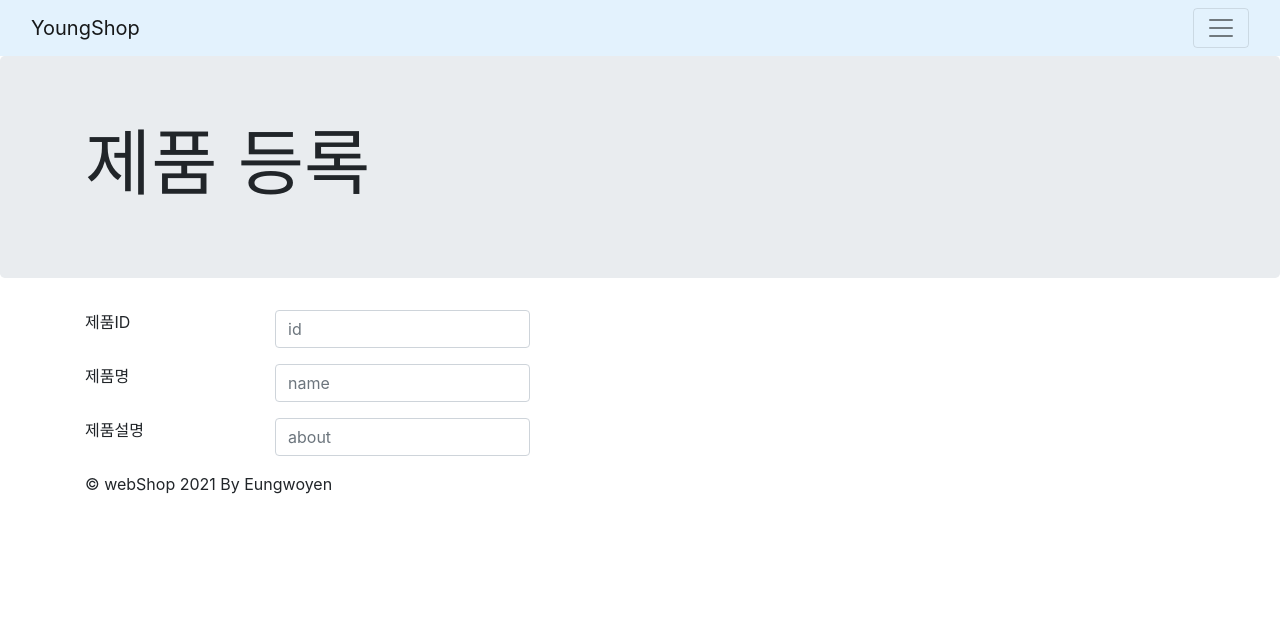
Repository: khss4008/JSP_project
Page: http://localhost/Webshop2/product/addProduct.jsp
An editor plug-in stored every save of this project. The page is shown before and after a run of saves, followed by the edit.
The browser window is 1280 px wide. The pictures show the whole page.
The page is served by Tomcat 9. Other server files are loaded and not shown.

Above is the page before, as saved 2021-11-04 06:10:07.
Console error: TypeError: Cannot read properties of undefined (reading 'fn')

### Webshop2/WebContent/product/addProduct.jsp
<%@ page language="java" contentType="text/html; charset=UTF-8"
    pageEncoding="UTF-8"%>
<!DOCTYPE html>
<html>
<head>
<meta charset="UTF-8">
<title>제품 등록</title>
</head>
<body>
   <jsp:include page="/header.jsp" />
   <div class="jumbotron">
      <div class="container">
         <h1 class="display-3">제품 등록</h1>
      </div>
   </div>

   <div class="container">
      <form name="newProduct" class="form-horizontal"  action="addCheck.jsp" method="post" onsubmit="return checkForm()">
         <div class="form-group  row">
            <label class="col-sm-2 ">제품ID</label>
            <div class="col-sm-3">
               <input name="id" type="text" class="form-control" placeholder="id" >
            </div>
         </div>


         <div class="form-group  row">
            <label class="col-sm-2">제품명</label>
            <div class="col-sm-3">
               <input name="name" type="text" class="form-control" placeholder="name" >
            </div>
         </div>

          <div class="form-group  row">
            <label class="col-sm-2">제품설명</label>
            <div class="col-sm-3">
               <input name="description" type="text" class="form-control" placeholder="about" >
            </div>
         </div>



      </form>
   </div>

<%@ include file = "/footer.jsp" %>
</body>
</html>

### Webshop2/WebContent/footer.jsp
<footer class = "container">
	<p>&copy; webShop 2021 By Eungwoyen
</footer>

### Webshop2/WebContent/header.jsp
<%@ page language="java" contentType="text/html; charset=UTF-8"
    pageEncoding="UTF-8"%>

<link rel="stylesheet" href="https://stackpath.bootstrapcdn.com/bootstrap/4.3.1/css/bootstrap.min.css" integrity="sha384-ggOyR0iXCbMQv3Xipma34MD+dH/1fQ784/j6cY/iJTQUOhcWr7x9JvoRxT2MZw1T" crossorigin="anonymous">
<script src="https://stackpath.bootstrapcdn.com/bootstrap/4.3.1/js/bootstrap.min.js" integrity="sha384-JjSmVgyd0p3pXB1rRibZUAYoIIy6OrQ6VrjIEaFf/nJGzIxFDsf4x0xIM+B07jRM" crossorigin="anonymous"></script>


<nav class="navbar navbar-light" style="background-color: #e3f2fd;">
  <div class="container-fluid">
    <a class="navbar-brand" href="/">YoungShop</a>
    <button class="navbar-toggler" type="button" data-bs-toggle="collapse" data-bs-target="#navbarNavDropdown" aria-controls="navbarNavDropdown" aria-expanded="false" aria-label="Toggle navigation">
      <span class="navbar-toggler-icon"></span>
    </button>
    <div class="collapse navbar-collapse" id="navbarNavDropdown">
      <ul class="navbar-nav">
        <li class="nav-item dropdown">
          <a class="nav-link dropdown-toggle" href="#" id="navbarDropdownMenuLink" role="button" data-bs-toggle="dropdown" aria-expanded="false">
            	게시판
          </a>
          <ul class="dropdown-menu" aria-labelledby="navbarDropdownMenuLink">
            <li><a class="dropdown-item" href="/product/products.jsp">제품목록</a></li>
            <li><a class="dropdown-item" href="#">장바구니</a></li>
          </ul>
        </li>

        <li class="nav-item dropdown">
          <a class="nav-link dropdown-toggle" href="#" id="navbarDropdownMenuLink" role="button" data-bs-toggle="dropdown" aria-expanded="false">
            	회원관리
          </a>
          <ul class="dropdown-menu" aria-labelledby="navbarDropdownMenuLink">
            <li><a class="dropdown-item" href="/member/loginMember.jsp">로그인</a></li>
            <li><a class="dropdown-item" href="#">로그아웃</a></li>
            <li><a class="dropdown-item" href="/member/joinMember.jsp">회원가입</a></li>
            <li><a class="dropdown-item" href="#">회원탈퇴</a></li>
          </ul>
        </li>

        <li class="nav-item dropdown">
          <a class="nav-link dropdown-toggle" href="#" id="navbarDropdownMenuLink" role="button" data-bs-toggle="dropdown" aria-expanded="false">
            	관리자
          </a>
          <ul class="dropdown-menu" aria-labelledby="navbarDropdownMenuLink">
            <li><a class="dropdown-item" href="/product.addProduct.jsp">제품등록</a></li>
            <li><a class="dropdown-item" href="/member/listMember.jsp">회원관리</a></li>

          </ul>
        </li>

      </ul>
    </div>
  </div>
</nav>

<script src="https://cdn.jsdelivr.net/npm/bootstrap@5.1.3/dist/js/bootstrap.bundle.min.js" integrity="sha384-ka7Sk0Gln4gmtz2MlQnikT1wXgYsOg+OMhuP+IlRH9sENBO0LRn5q+8nbTov4+1p" crossorigin="anonymous"></script>

After the next 2 saves:
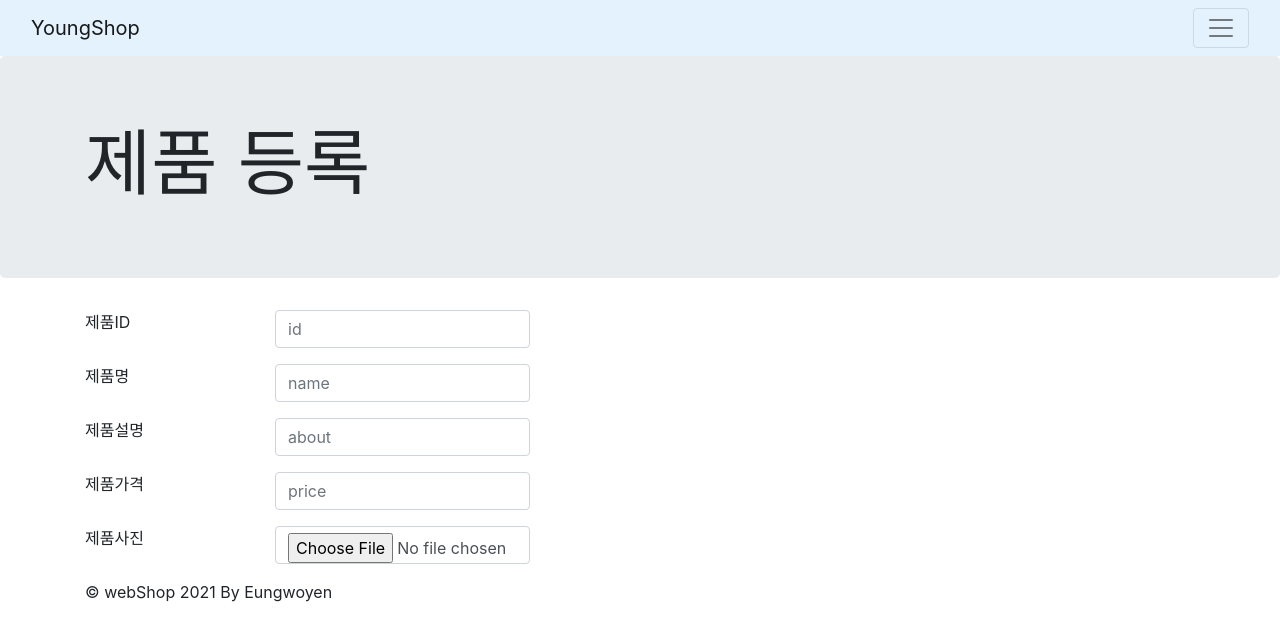
The 2 saves are shown as one change because they came seconds apart.
The last was saved 105 s later.
--- a/Webshop2/WebContent/product/addProduct.jsp
+++ b/Webshop2/WebContent/product/addProduct.jsp
@@ -38,6 +38,19 @@
             </div>
          </div>
 
+           <div class="form-group  row">
+            <label class="col-sm-2">제품가격</label>
+            <div class="col-sm-3">
+               <input name="price" type="text" class="form-control" placeholder="price" >
+            </div>
+         </div>
+
+          <div class="form-group  row">
+            <label class="col-sm-2">제품사진</label>
+            <div class="col-sm-3">
+               <input name="filename" type="file" class="form-control">
+            </div>
+         </div>
 
 
       </form>
